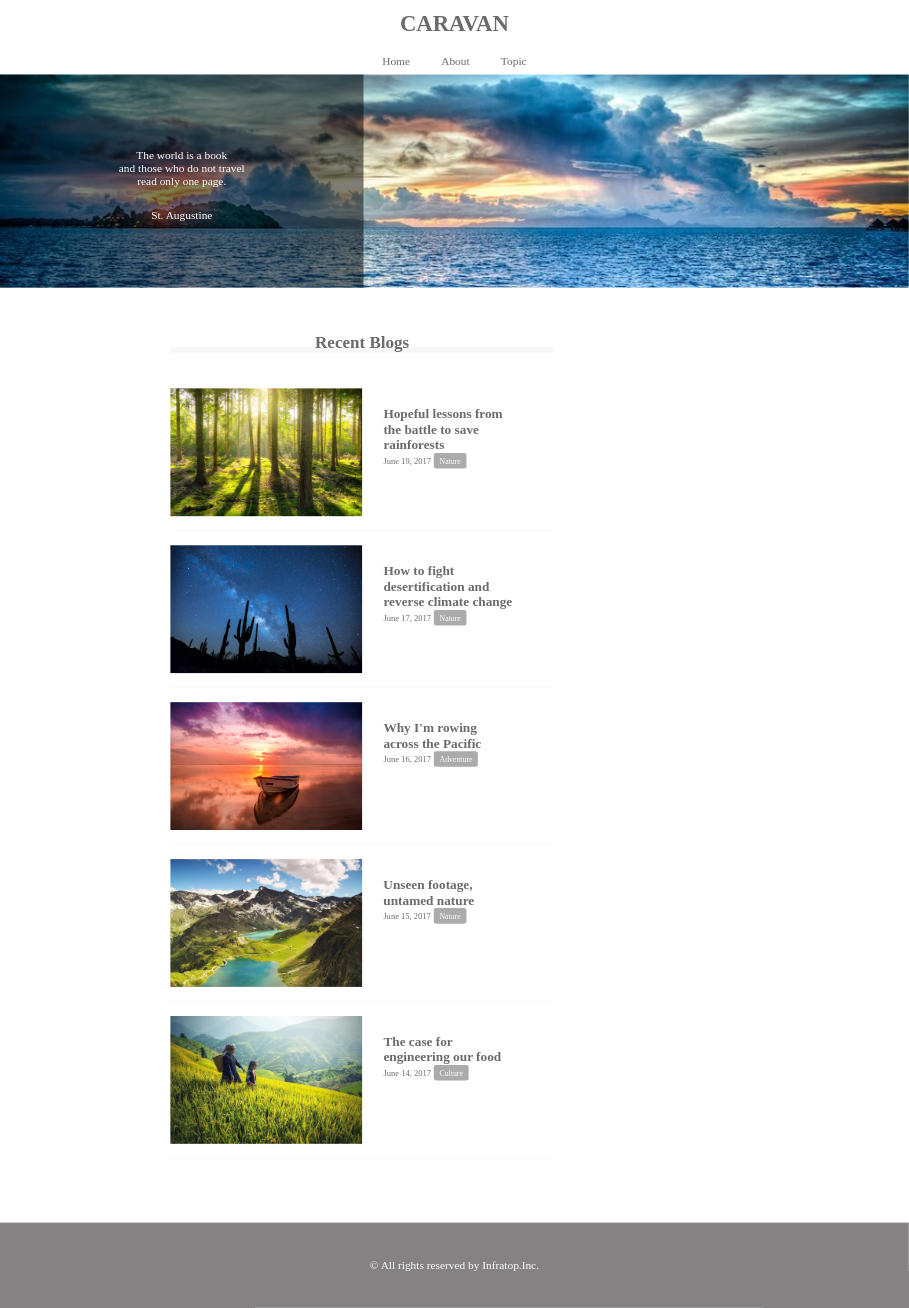
Repository: TKCitoh/html-5-
Page: html 7章/index.html
The author's editor kept a record of every edit. The page is drawn from the files as they stood at one moment, then again after the next edit.
The browser window is 1280 px wide. The pictures show the whole page, at 71% of full size.

Above is the page before.

After the next edit:
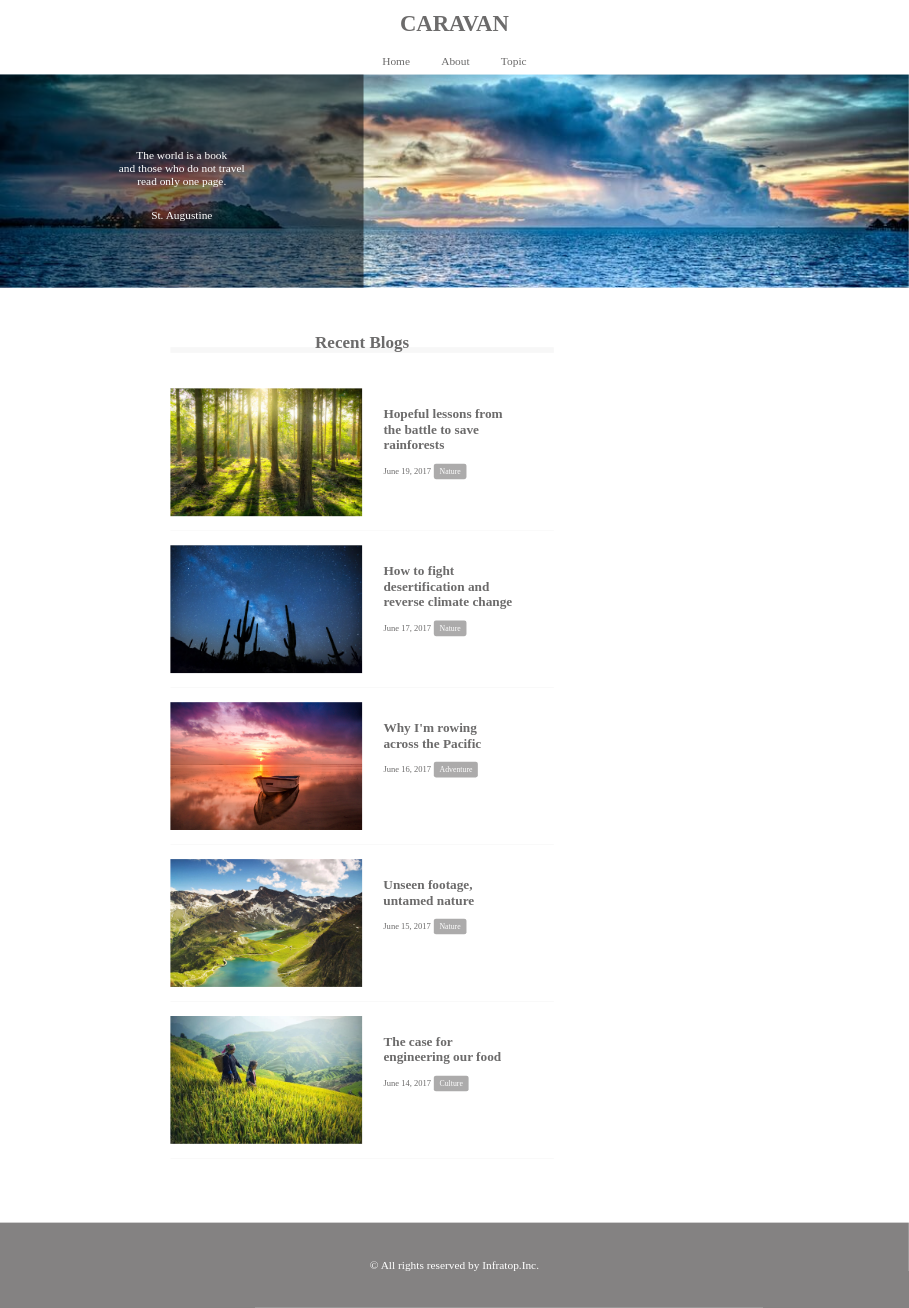
The edit:
--- a/html 7章/style.css
+++ b/html 7章/style.css
@@ -99,6 +99,10 @@
   padding-left: 30px;
 }
 
+.blog-text-heading {
+  padding-bottom: 15px;
+}
+
 .blog-date {
   font-size: 12px;
   display: inline-block;
